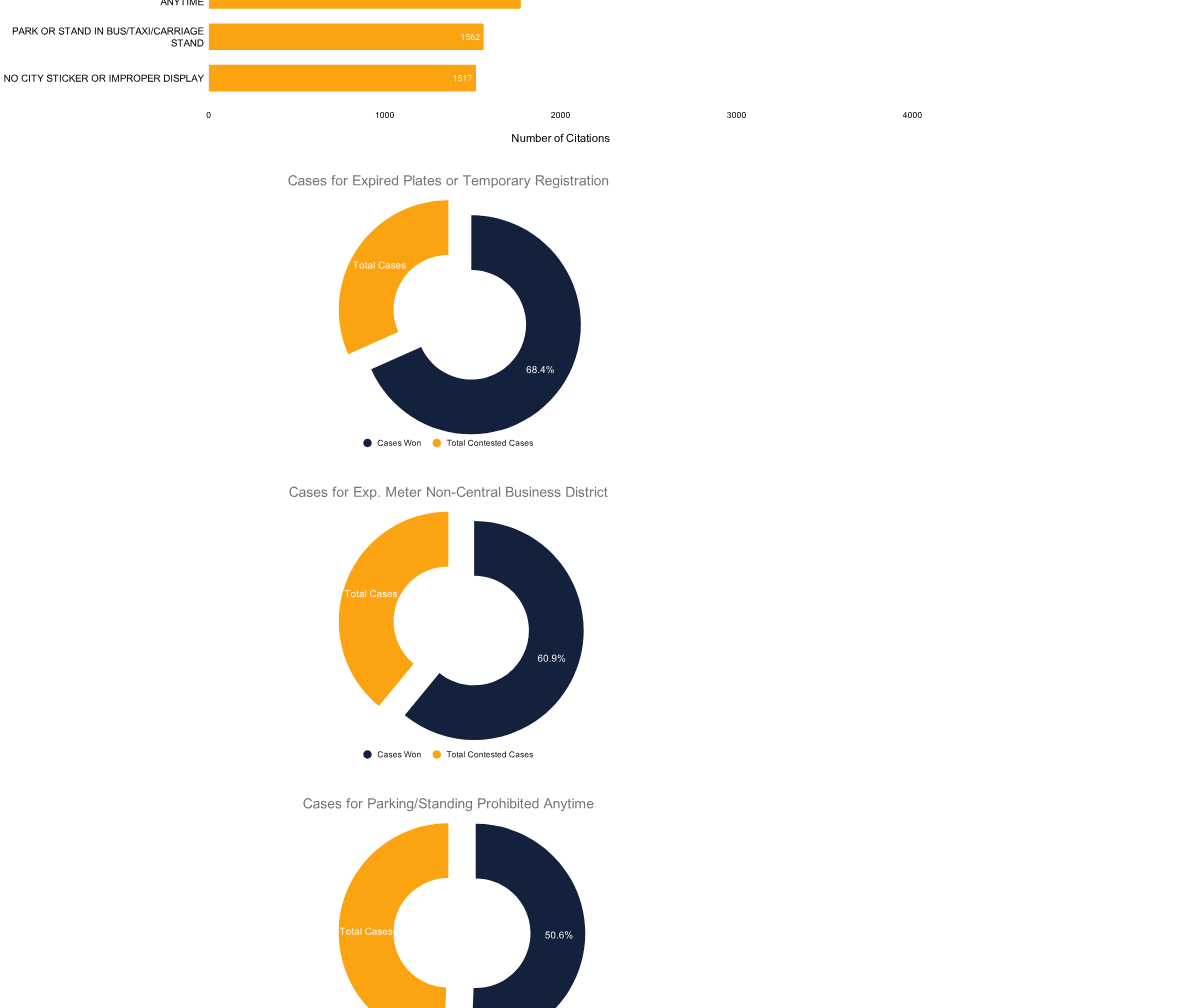
Repository: rdass1/COM421-FinalProject
Page: Website/index.html
An editor plug-in stored every save of this project. The page is shown before and after the next save, followed by the edit.
The browser window is 1280 px wide. The page is 1348 px wide, then 1698 px, then 1348 px, so the pictures cover 1698 px, including what lies to the right of the window. The pictures show the part of the page from y = 1741 to 3181 px (the page is 3311 px tall before and 2421 px after), at 70% of full size.

Above is the page before, as saved 2021-05-12 05:03:58.
Console error: TypeError: Cannot read properties of undefined (reading 'style')

### Website/index.html
<!DOCTYPE html>
<html>
    <head>
        <meta charset="UTF-8">
        <meta name="description" content="Take It To the Streets is a non-profit organization that helps people find information on how to fight their tickets. ">
        <meta name="author" content="Group 2">
        <meta name="viewport" content="width=device-width, initial-scale=1.0">
        <link rel="stylesheet" type="text/css" href="css/index.css">
        <script src="javascript/index.js"></script>
        <title>Take It To The Streets</title>
    </head>
    <body class = "container">
        <div class="header">
            <div id = "navbar">
                <nav>
                    <ul>
                        <li><a href="#about">About</a></li>
                        <li><a href="#statistics">Statistics</a></li>
                        <li><a href="#resources">Resources</a></li>
                        <li><a href="#contact">Contact</a></li>
                    </ul>

                </nav>
            </div>
        </div>
        <div id="home" class="home-image">
            <div id="title">
                <h1>Stand Your Ground</h1>
                <h2>Learn how you can fight back</h2>
            </div>

        </div>
        <div id="about">
            <h3>About</h3>
            <p>Have you ever received a ticket and we're unable pay the ticket? Did you know that you can contest all tickets you receive in court! This may seem like a very challenging task, but <em>Take It To The Streets</em> is here to help! We'll take you through the step by step process in order to fight for your ticket. We're on your side and will make sure you get the best possible outcome you can. Still not convinced? Check out the statistics in your area(ward 3). </p>
        </div>
        <div id="statistics" class="statistics-container">
            <div id="statistics-container-item-header"><h3>Statistics</h3></div>
            <div id="statistics-container-item-1">
                <img src="images/Cases Contested Vs Total Cases.svg">
            </div>
            <div id="statistics-container-item-2">
                <img src="images/Cases Won Vs Total Contested Cases.svg">
            </div>
            <div id="statistics-container-item-3">
                <img src="images/Top 5 Violations In Ward 3.svg">
            </div>

            <div id="statistics-container-item-4">
                <div class="statistics-container-item-4-flexflex">
                    <div class ="statistics-container-item-4-flex-container">
                        <img src="images/Cases for Expired Plates or Temporary Registration.svg">
                    </div>
                    <div class ="statistics-container-item-4-flex-container">
                        <img src="images/Cases for Exp. Meter Non-Central Business District.svg">
                    </div>
                    <div class ="statistics-container-item-4-flex-container">
                        <img src="images/Cases for Parking_Standing Prohibited Anytime.svg">
                    </div>

                </div>

            </div>
            <!-- <div id="statistics-container-item-7">
                <img src="images/Cases for Park or Stand In Bus_Taxi_Carriage Stand.svg">
            </div>
            <div id="statistics-container-item-8">
                <img src="images/Cases for No City Sticker or Improper Display.svg">
            </div> -->
        </div>
    </body>
</html>

### Website/css/index.css
html{
    scroll-behavior: smooth;
    font-family: 'Gill Sans', 'Gill Sans MT', Calibri, 'Trebuchet MS', sans-serif;
}

.container{
    margin:0px;
    display:grid;
    grid-template-columns: 1fr;
}

.header{
    background-color: #fca311;
    width: 100%;
    display: flex;
    justify-content: flex-start;
    margin: 0px;
    padding: 0px;
    z-index: 100;
}

#navbar nav{
    display: flex;


}

#navbar ul{
    height:inherit;
    margin: 0px;
    padding: 0px;
    overflow: hidden;
    list-style: none;
}

#navbar li{
    margin: 0px;
    font-size: 1.5rem;
    float:left;

}

#navbar a{
    display: block;
    color: white;
    text-decoration: none;
    padding: 20px 20px 20px 20px;
}

#navbar li:hover{
    background-color: #cf323f;
}


.home-image{
    display: grid;
    width:100%;
    height:60vh;
    background-image: url("/Website//images/pic5.png");
    background-repeat: no-repeat;
    background-size: cover;
    background-position: 0% 100%;

    grid-template-columns: auto;
    grid-template-rows: auto;
    grid-template-areas:
    ". . . . . . ."
    ". . header . . . ."
    ". . . . . . ."
    ". . . . . . ."


    ;

}


#title{
    grid-area: header;
}

#title h1{
    font-size: 8rem;
    color:white;
    margin: 0px;
    padding: 0px;
    text-shadow: 2px 2px 15px #2e2e2e;
}

.home-image h2{
    margin: 0px;
    padding: 0px;
    font-size: 3rem;
    color:white;
    text-shadow: 2px 2px 15px #2e2e2e;
}





.home-image img{
    width: 100%;
    height: 60%;
    object-fit: cover;
    object-position: 0px 100%;
    z-index: 10;
}



#about h3{
    text-align: center;
    font-size: 3rem;
    margin-bottom:15px;
}

#about p{
    text-align: center;
    margin-top:0px;
    margin-left:60px;
    margin-right:60px;
    font-size: 2rem;
}

.statistics-container{
    margin:10px;
    display: grid;
    grid-template-rows: 0fr 1/3fr 1/3fr 1/3fr;
    grid-template-columns: 1fr 1fr;
    justify-content: center;
    justify-items: center;


}

.statistics-container-item{
    background-color:#cf323f;


}

.statistics-container-item img{
    width: 100%;
    height: 100%;
}

#statistics-container-item-header{
    grid-column: 1 / span 2;
    grid-row: 1 / 1;
    font-size: 3rem;
    text-align: center;



}

#statistics-container-item-1{
    grid-column: 1 / span 1;
    grid-row: 2/ 2;
}
#statistics-container-item-2{
    grid-column: 2 / span 2;
    grid-row: 2/ 2;
}
#statistics-container-item-3{
    grid-column: 1 / span 2;
    grid-row: 3/ 3;
}

#statistics-container-item-4{
    grid-column: 1 / span 2;
    grid-row: 4/ 4;
}

.

### Website/javascript/index.js
var slideIndex = 0;

showSlides();

function showSlides(){
    var i;
    var slides = document.getElementsByClassName("mySlides");
    var dots = document.getElementsByClassName("dot");
  for (i = 0; i < slides.length; i++) {
    slides[i].style.display = "none";
  }
  slideIndex++;
  if (slideIndex > slides.length) {slideIndex = 1}
  for (i = 0; i < dots.length; i++) {
    dots[i].className = dots[i].className.replace(" active", "");
  }
  slides[slideIndex-1].style.display = "block";
  dots[slideIndex-1].className += " active";
  setTimeout(showSlides, 2000);

  for(var i = 0; i<10; i++){
      console.log(i);
  }
}

After the next save:
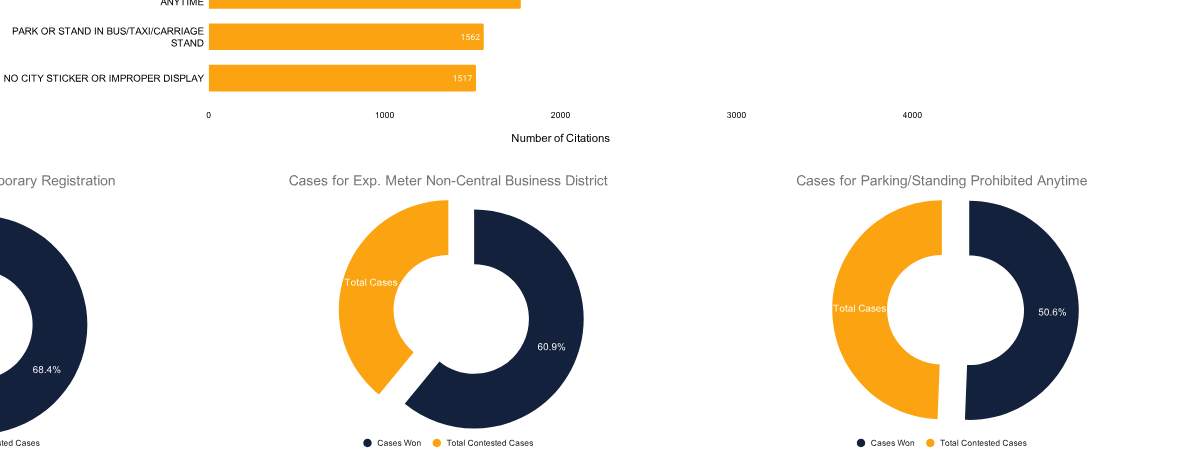
Saved 10 s later.
--- a/Website/css/index.css
+++ b/Website/css/index.css
@@ -173,4 +173,6 @@
     grid-row: 4/ 4;
 }
 
-.
+.statistics-container-item-4-flexflex{
+    display: flex;
+}

After the save that followed:
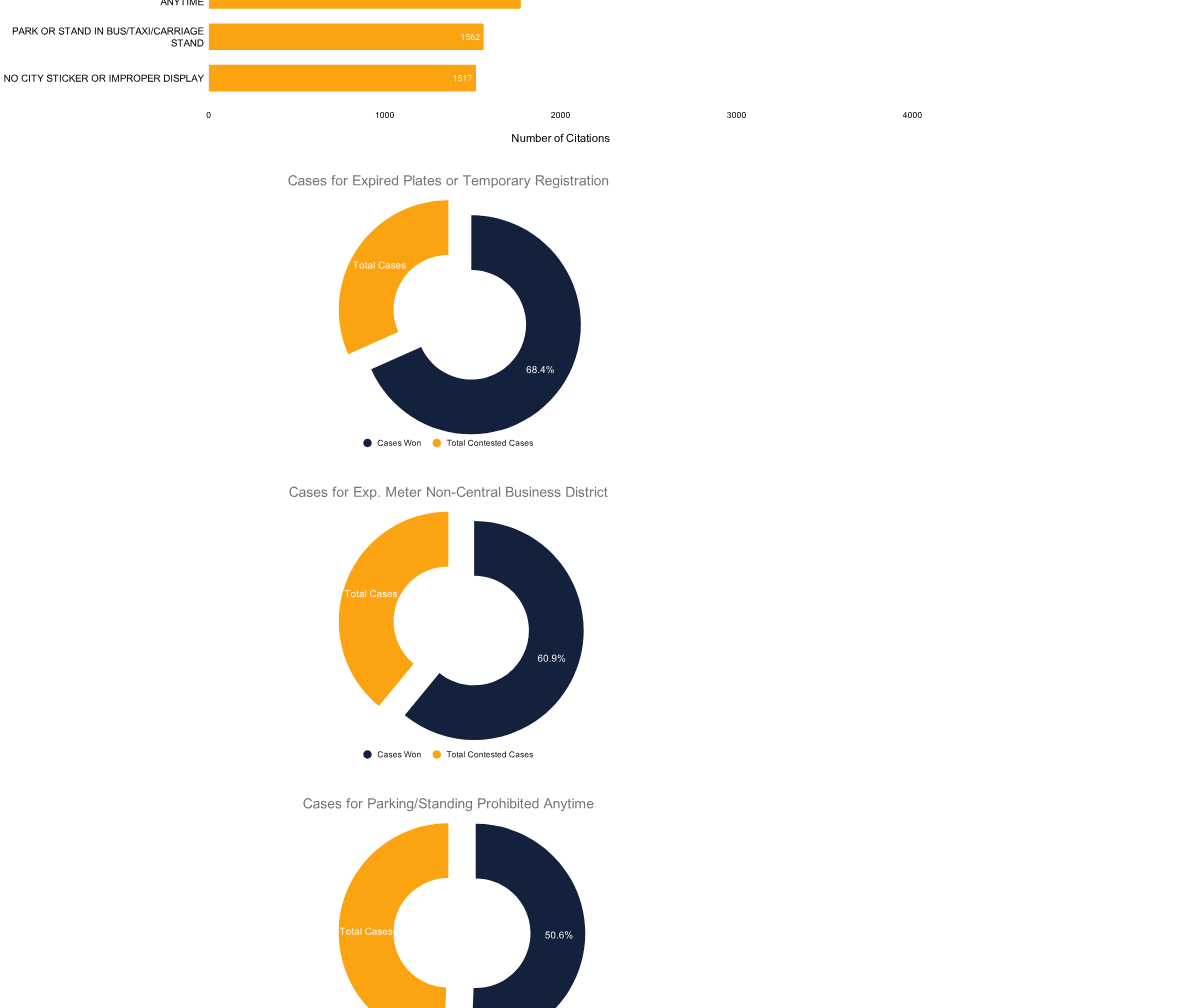
Saved 12 s later.
--- a/Website/css/index.css
+++ b/Website/css/index.css
@@ -173,6 +173,6 @@
     grid-row: 4/ 4;
 }
 
-.statistics-container-item-4-flexflex{
+.statistics-container-item-4-flex{
     display: flex;
 }
